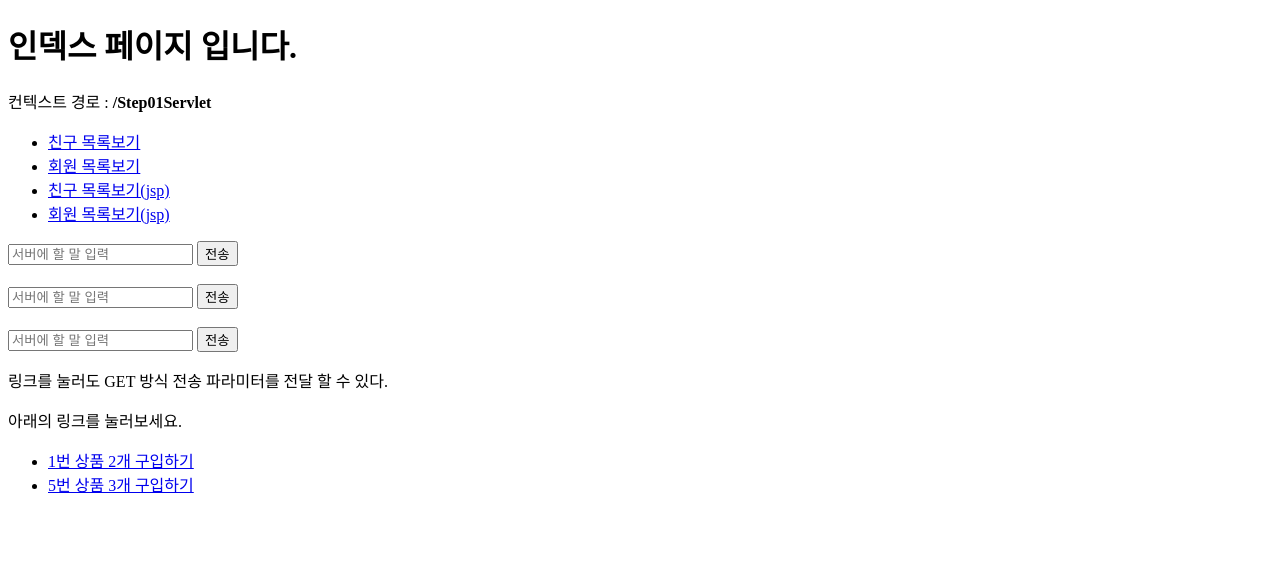
Repository: SSONGTJ/Acorn23_java
Page: http://localhost/Step01Servlet/
These files come from the project's save history. The page is drawn as it stood at one moment and after the next save; the edit follows.
The browser window is 1280 px wide. The pictures show the whole page.
The page is served by Tomcat 9.

Above is the page before, as saved 2023-11-21 06:11:27.

After the next save:
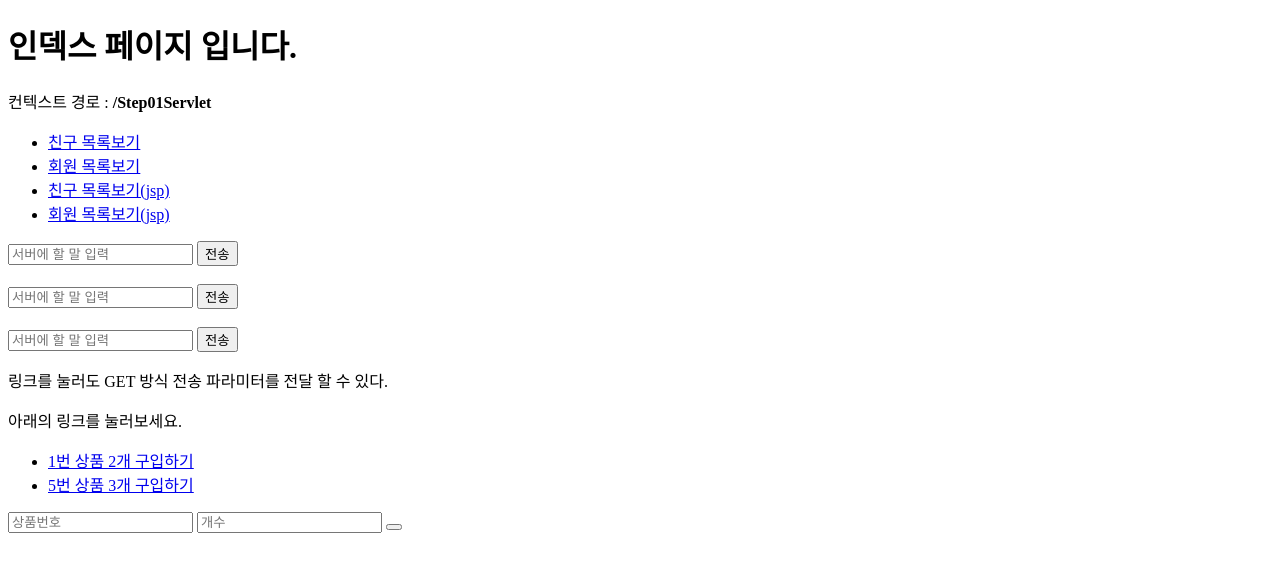
Saved 5 min 21 s later.
--- a/Step01Servlet/src/main/webapp/index.jsp
+++ b/Step01Servlet/src/main/webapp/index.jsp
@@ -38,6 +38,11 @@
 			<li><a href="shop/buy.jsp?num=1&amount=2">1번 상품 2개 구입하기</a></li>
 			<li><a href="shop/buy.jsp?num=5&amount=3" target="_blank">5번 상품 3개 구입하기</a></li>
 		</ul>
+		<form action="${pageContext.request.contextPath}/shop/buy.jsp" method="get">
+			<input type="text" name="num" placeholder="상품번호"/>
+			<input type="text" name="amount" placeholder="개수"/>
+			<button></button>
+		</form>
 	</div>
 </body>
 </html>
